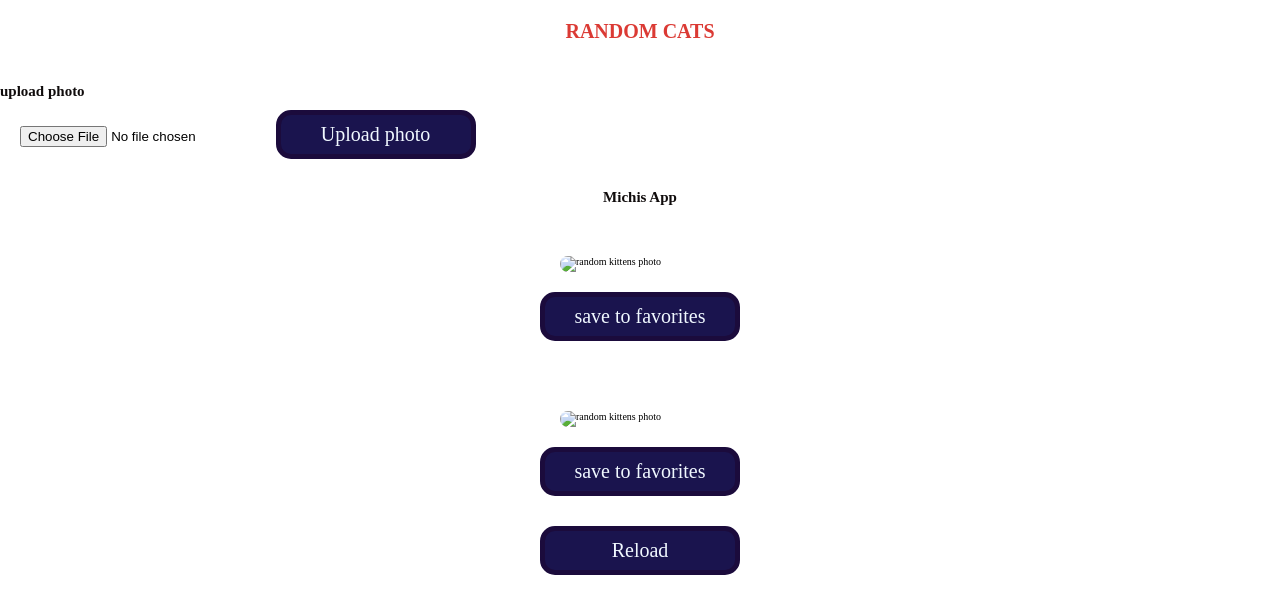
Repository: elto82/ConsumoAPIRESTjs
Page: index.html
The author's editor kept a copy of each file at every save. The page is drawn from the files as they stood at one save, then again after the next save.
The browser window is 1280 px wide. The pictures show the whole page.
The page's requests for data from a server got no answer.

Above is the page before, as saved 2022-07-04 21:52:19.

### index.html
<!DOCTYPE html>
<html lang="en">

<head>
  <meta charset="UTF-8">
  <meta http-equiv="X-UA-Compatible" content="IE=edge">
  <meta name="viewport" content="width=device-width, initial-scale=1.0">
  <title>Random Cats</title>
  <link rel="stylesheet" href="style.css">
</head>

<body>
  <header>
    <h1>Random Cats</h1>
  </header>
  <span id="error"></span>


  <section id="uploadingMichi" class="cards__container">
    <h2>upload photo</h2>
    <form id="uploadingForm">
      <input id="fileSelector" type="file" name="file" accept="image/*">

      <button type="button" onclick="uploadMichiPhoto()" class="random-cat-button">
        Upload photo<i class="fa-solid fa-paper-plane"></i>
      </button>
      <div id="preview-zone">

      </div>
    </form>
  </section>

  <section id="randomMichis" class="container">
    <h2>Michis App</h2>

    <article>
      <img id="img1" alt="random kittens photo" class="image">
      <button id="btn1" class="random-cat-button">
        save to favorites
      </button>
    </article>
    <article>
      <img id="img2" alt="random kittens photo" class="image">
      <button id="btn2" class="random-cat-button">
        save to favorites
      </button>
    </article>

    <button class="random-cat-button" onclick="loadRandomMichis()">
      Reload
    </button>

  </section>
  <section id="favoriteMichis">

  </section>

  <script src="https://cdn.jsdelivr.net/npm/axios/dist/axios.min.js"></script>
  <script src="./main.js"></script>
</body>

</html>

### style.css
* {
  box-sizing: border-box;
  margin: 0px;
  padding: 0px;
}
html {
  font-size: 62.5%;
}
body {
  font-family: 'Square Peg', cursive;
}
header {
  display: flex;
  justify-content: center;
}

h1 {
  margin: 20px 0;
  color: #DB3A34;
  font-weight: 800;
  text-transform: uppercase;
}

h2 {
  color: #100c0c;
  margin: 0 0 1rem 0;
}

#error {
  color: rgb(20, 17, 17);
  display: block;
  margin-bottom: 20px;
  margin-left: 1rem;
}

article{
  display: flex;
  flex-direction: column;
  justify-content: center;
  place-items: center;
  padding: 20px;
}


.container {
  display: flex;
  flex-direction: column;
  justify-content: center;
  place-items: center;
  padding: 20px;
}
.container .image {
  border-radius: 20px;
  margin: 20px;
  width: 80%;
  height: auto;
}
.random-cat-button {
  align-items: center;
  background-color: rgb(26, 20, 78);
  border: 5px solid rgb(27, 11, 60);
  border-radius: 15px;
  color: aliceblue;
  cursor: pointer;
  font-family: 'Pacifico', cursive;
  font-size: 2rem;
  padding: 0.8rem;
  width: 20rem;
  height: auto;
  margin-bottom: 1rem;
}
.random-cat-button:hover {
  border: 5px solid rgb(36, 16, 71);
  background-color: rgb(33, 14, 62);
}

#file-preview{
  width: 300px;
  height: auto;
  margin: 20px 20px;
}

#fileSelector{
  margin: 0 0 1rem 2rem;

}

### main.js
const api = axios.create({
  baseURL: 'https://api.thecatapi.com/v1'
});
api.defaults.headers.common['X-API-KEY'] = '11fb4c78-96c8-403c-b282-b8c4d38b4b60';


/*--------------------------------------------- endpoint
const API_URL = "https://api.thecatapi.com/v1/images/search"; */
/* --------------------------------------------------------query parameters */
const API_URL_random = "https://api.thecatapi.com/v1/images/search?limit=2";
const API_URL_favorites = "https://api.thecatapi.com/v1/favourites";
const API_URL_upload = "https://api.thecatapi.com/v1/images/upload";

const API_URL_favorites_delete = (id) =>
  `https://api.thecatapi.com/v1/favourites/${id}`;

const spanError = document.getElementById("error");

async function loadRandomMichis() {
  const res = await fetch(API_URL_random);
  const data = await res.json();

  console.log(data);
  console.log("loadRandomMichis");

  if (res.status !== 200) {
    spanError.innerHTML = `hubo un error: ${res.status} ${data.message}`;
  } else {
    const img1 = document.getElementById("img1");
    const img2 = document.getElementById("img2");
    const btn1 = document.getElementById("btn1");
    const btn2 = document.getElementById("btn2");

    img1.src = data[0].url;
    img2.src = data[1].url;
    btn1.onclick = () => saveFavoriteMichi(data[0].id);
    btn2.onclick = () => saveFavoriteMichi(data[1].id);
  }
}

async function loadFavoriteMichis() {
  const res = await fetch(API_URL_favorites, {
    method: "GET",
    headers: {
      "X-API-KEY": "11fb4c78-96c8-403c-b282-b8c4d38b4b60",
    },
  });
  const data = await res.json();

  console.log(data);
  console.log("loadFavoriteMichis");

  if (res.status !== 200) {
    spanError.innerHTML = `Hubo un error: ${res.status} ${data.message}`;
  } else {
    const section = document.getElementById("favoriteMichis");
    section.innerHTML = "";
    const h2 = document.createElement("h2");
    const h2Text = document.createTextNode("Michis Favorites");
    h2.appendChild(h2Text);
    section.appendChild(h2);

    data.forEach((michi) => {
      const article = document.createElement("article");
      const img = document.createElement("img");
      const btn = document.createElement("button");
      const btnText = document.createTextNode("remove michi");

      btn.appendChild(btnText);
      btn.onclick = () => deleteFavoriteMichi(michi.id);
      img.src = michi.image.url;
      img.width = 150;
      article.appendChild(img);
      article.appendChild(btn);
      section.appendChild(article);
    });
  }
}

async function saveFavoriteMichi(id) {
  const { data, status } = await api.post('/favourites', {
    image_id: id,
  });
  /* const res = await fetch(API_URL_favorites, {
    method: "POST",
    headers: {
      "Content-Type": "application/json",
      "X-API-KEY": "11fb4c78-96c8-403c-b282-b8c4d38b4b60",
    },
    body: JSON.stringify({
      image_id: id,
    }),
  });
  const data = await res.json(); */

  console.log("save");
  //console.log(res);

  if (status !== 200) {
    spanError.innerHTML = `Hubo un error: ${status} ${data.message}`;
  } else {
    console.log("michi guardado en favoritos");
    loadFavoriteMichis();
  }
}

async function deleteFavoriteMichi(id) {
  const res = await fetch(API_URL_favorites_delete(id), {
    method: "DELETE",
    headers: {
      "X-API-KEY": "11fb4c78-96c8-403c-b282-b8c4d38b4b60",
    },
  });
  const data = await res.json();

  if (res.status !== 200) {
    spanError.innerHTML = `Hubo un error: ${res.status} ${data.message}`;
  } else {
    console.log("michi eliminado de favoritos");
    loadFavoriteMichis();
  }
}

async function uploadMichiPhoto() {
  const form = document.getElementById("uploadingForm");
  const formData = new FormData(form);

  console.log(formData.get("file"));

  const res = await fetch(API_URL_upload, {
    method: "POST",
    headers: {
      //"Content-Type": "multipart/form-data",
      "X-API-KEY": "11fb4c78-96c8-403c-b282-b8c4d38b4b60",
    },
    body: formData,
  });
  const data = await res.json();

  if (res.status !== 201) {
    spanError.innerText = "Hubo un error: " + res.status + " " + data.message;
  } else {
    console.log("Michi cargado correctamente");
    console.log({ data });
    console.log(data.url);
    saveFavoriteMichi(data.id);
    loadRandomMichis();
  }
}

/* const previewImage = () => {
  const file = document.getElementById("file").files;
  console.log(file);
  if (file.length > 0) {
    const fileReader = new FileReader();

    fileReader.onload = function(e) {
      document.getElementById("preview").setAttribute("src", e.target.result);
    };
    fileReader.readAsDataURL(file[0]);
  }
} */

function readFile(input) {
  if (input.files && input.files[0]) {
    var reader = new FileReader();
    reader.onload = function (e) {
      var filePreview = document.createElement("img");
      filePreview.id = "file-preview";
      //Aca se guarda la imagen en base 64
      filePreview.src = e.target.result;
      console.log(e.target.result);

      var previewZone = document.getElementById("preview-zone");
      previewZone.appendChild(filePreview);
    };

    reader.readAsDataURL(input.files[0]);
  }
}
var fileUpload = document.getElementById("fileSelector");
fileUpload.onchange = function (e) {
  readFile(e.srcElement);

};

loadRandomMichis();
loadFavoriteMichis();

After the next save:
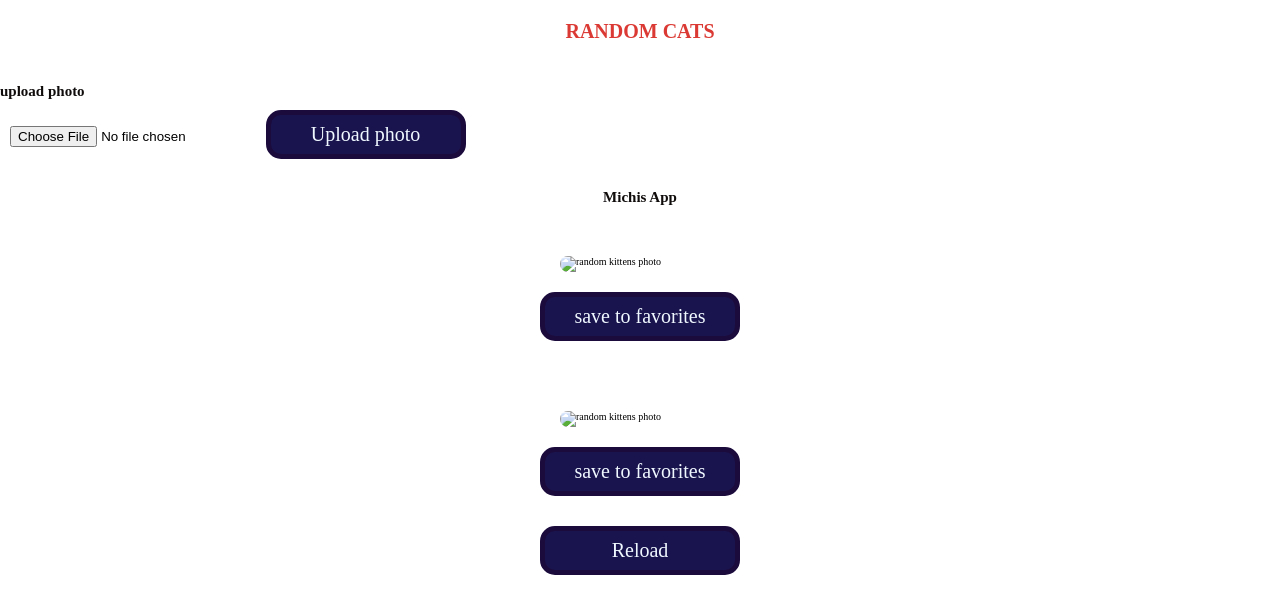
Saved 11 s later.
--- a/style.css
+++ b/style.css
@@ -81,6 +81,6 @@ article{
 }
 
 #fileSelector{
-  margin: 0 0 1rem 2rem;
+  margin: 0 0 1rem 1rem;
 
 }
